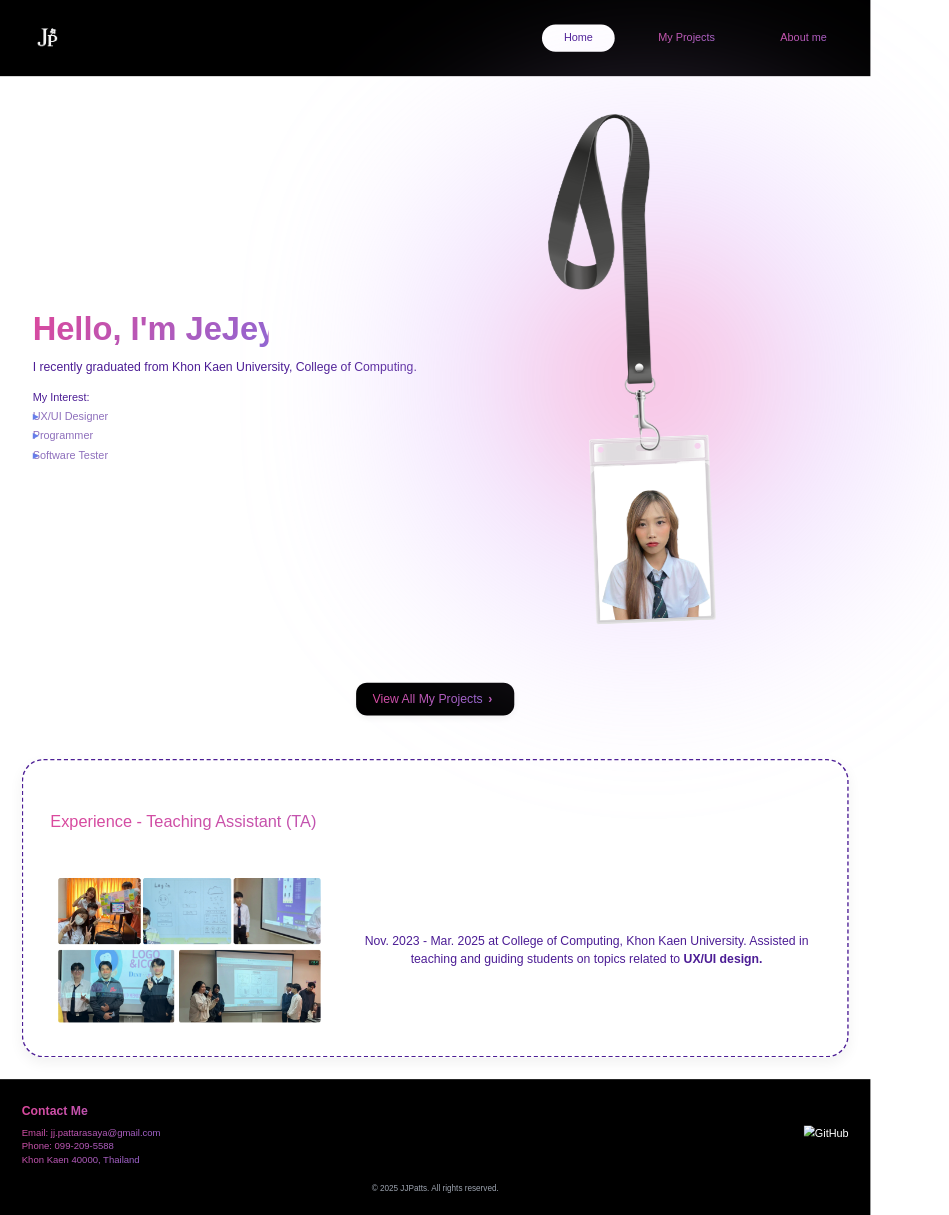
Repository: PattarasayaJJ/Portfolio-jjpatts
Page: /
These files come from the project's save history. The page is drawn as it stood at one moment and after the next save; the edit follows.
The browser window is 1280 px wide. The page is 1396 px wide, so the pictures cover 1396 px, including what lies to the right of the window. The pictures show the whole page, at 68% of full size.
The project was rebuilt for these pictures with package versions that can differ from the ones it lists, and the page was loaded fresh each time. Also part of the build but not shown: vite.config.js, vite.config.ts, src/header.css, src/components/Works.jsx, src/components/Aboutme.jsx.

Above is the page before, as saved 2025-08-03 16:48:56.

### index.html
<!doctype html>
<html lang="en">
  <head>
    <meta charset="UTF-8" />
    <link rel="icon" type="image/svg+xml" href="/JPtab.png" />
    <meta name="viewport" content="width=device-width, initial-scale=1.0" />
    <title>JJPatts Portfolio</title>
  </head>
  <body>
    <div id="root"></div>
    <script type="module" src="/src/index.jsx"></script>
  </body>
</html>

### src/index.css
@import 'tailwindcss/base';
@import 'tailwindcss/components';
@import 'tailwindcss/utilities';
@import url('https://fonts.googleapis.com/css2?family=Kanit:wght@400;700&display=swap');

*{
   font-family: 'Kanit', sans-serif;

}

### src/App.jsx
import React from 'react';
import { BrowserRouter as Router, Routes, Route } from 'react-router-dom';
import { Header } from './components/Header';
import { Hero } from './components/Hero';
import { Works } from './components/Works';
import { Aboutme } from './components/Aboutme' ;
import { Footer } from './components/Footer';
export function App() {
  return (
    <Router>
      <div className="w-full min-h-screen bg-white">
        <Header />
        <main className="w-full">
          <Routes>
            <Route path="/" element={<><Hero /> </>} />
            <Route path="/works" element={<><Works /></>}/>
            <Route path="/aboutme" element={<Aboutme />} />


          </Routes>
        </main>
        <Footer />

      </div>
    </Router>
  );
}

### src/components/Header.jsx
import React, { useState } from 'react';
import { Link, useLocation } from 'react-router-dom';
import { MenuIcon, XIcon } from 'lucide-react';
import '../header.css';

export function Header() {
  const [isMenuOpen, setIsMenuOpen] = useState(false);
  const location = useLocation();

  const isActive = (path) => location.pathname === path;

  return (
    <header className="w-full bg-black py-4 px-8 relative">
      <div className="max-w-7xl mx-auto flex justify-between items-center">
        <Link to="/">
          <div className="flex items-center">
            <img src="/JP.png" alt="logo" className="w-20" />
          </div>
        </Link>

        <nav className="hidden md:flex space-x-8">
          <Link
            to="/"
            className={`font-medium px-8 py-2 rounded-full ${
              isActive('/') ? 'bg-white text-purple-600' : 'gradient-text'
            }`}
            style={isActive('/') ? { color: '#4c1d95' } : {}}
          >
            Home
          </Link>
          <Link
            to="/works"
            className={`font-medium px-8 py-2 rounded-full ${
              isActive('/works') ? 'bg-white text-purple-600' : 'gradient-text'
            }`}
            style={isActive('/works') ? { color: '#4c1d95' } : {}}
          >
            My Projects
          </Link>
          <Link
            to="/aboutme"
            className={`font-medium px-8 py-2 rounded-full ${
              isActive('/aboutme') ? 'bg-white text-purple-600' : 'gradient-text'
            }`}
            style={isActive('/aboutme') ? { color: '#4c1d95' } : {}}
          >
            About me
          </Link>
        </nav>

        <button className="md:hidden text-white" onClick={() => setIsMenuOpen(!isMenuOpen)}>
          {isMenuOpen ? <XIcon size={24} /> : <MenuIcon size={24} />}
        </button>
      </div>

      <div
        className={`
          fixed top-0 right-0 w-64 h-full bg-black z-50 transform transition-transform duration-300 ease-in-out
          ${isMenuOpen ? 'translate-x-0' : 'translate-x-full'}
          md:hidden
        `}
      >
        <div className="p-6">
          <button className="text-white mb-8" onClick={() => setIsMenuOpen(false)}>
            <XIcon size={24} />
          </button>
          <nav className="flex flex-col space-y-6">
            <Link
              to="/"
              className={`font-medium px-6 py-2 rounded-full block text-center ${
                isActive('/') ? 'bg-white text-purple-600' : 'gradient-text'
              }`}
              style={isActive('/') ? { color: '#4c1d95' } : {}}
              onClick={() => setIsMenuOpen(false)}
            >
              Home
            </Link>
            <Link
              to="/works"
              className={`font-medium px-6 py-2 rounded-full block text-center ${
                isActive('/works') ? 'bg-white text-purple-600' : 'gradient-text'
              }`}
              style={isActive('/works') ? { color: '#4c1d95' } : {}}
              onClick={() => setIsMenuOpen(false)}
            >
              My Projects
            </Link>
            <Link
              to="/aboutme"
              className={`font-medium px-6 py-2 rounded-full block text-center ${
                isActive('/aboutme') ? 'bg-white text-purple-600' : 'gradient-text'
              }`}
              style={isActive('/aboutme') ? { color: '#4c1d95' } : {}}
              onClick={() => setIsMenuOpen(false)}
            >
              About me
            </Link>
          </nav>
        </div>
      </div>

      {isMenuOpen && (
        <div
          className="fixed inset-0 bg-black bg-opacity-50 z-40 md:hidden"
          onClick={() => setIsMenuOpen(false)}
        />
      )}
    </header>
  );
}

### src/components/Hero.jsx
import React from 'react';
import '../hero.css';
import { Link } from 'react-router-dom';

export const Hero = () => {
  return (
    <>
      <section className="hero-section">
        <div className="hero-container">
          <div className="hero-left">
            <div className="hero-text-box">
<span className="hero-name typing gradient-text">Hello, I'm JeJey.</span>              <p className="hero-quote">
                I recently graduated from Khon Kaen University, College of Computing.
              </p>
              <li className='interest'>My Interest: </li>              <li >UX/UI Designer</li>    <li >Programmer</li>               <li >Software Tester</li>
            </div>


          </div>

          <div className="hero-left">
            <div className="hero-image-wrapper">
              <img
                src="/card1.png"
                alt="Portfolio character illustration"
                className="hero-main-image"
              />
            </div>

          </div>

        </div>
          <Link
  to="/works"
  className="moreproject"
  onClick={() => window.scrollTo({ top: 0, behavior: 'instant' })}
>
  <span className="gradient-text">View All My Projects</span>
  <span className="arrow-icon gradient-text">›</span>
</Link>
      </section>

      <section className="hero-section">
        <div className="final-project-card-ex">
          <h2 className="final-project-title gradient-text">
            Experience - Teaching Assistant (TA)
          </h2>
          <div className="final-project-content">
            <div className="final">
              <img
                src="/ta.png"
                alt="TA Presentation"
                className="bottom-image"
              />
            </div>
            <p className="bottom-caption">
              Nov. 2023 - Mar. 2025 at College of Computing, Khon Kaen University.
              Assisted in teaching and guiding students on topics related to{' '}
              <span className="uxui">UX/UI design.</span>
            </p>
          </div>
        </div>
      </section>
    </>
  );
};

### src/components/Footer.jsx
import React from 'react';

export function Footer() {
  return (
    <footer className="w-full bg-black text-white py-8 px-8">
  <div className="max-w-7xl mx-auto flex flex-col md:flex-row justify-between items-center space-y-6 md:space-y-0">

        <div className="text-center md:text-left gradient-text ">
          <h2 className="text-lg font-semibold">Contact Me</h2>
          <p className="text-sm mt-2">Email: jj.pattarasaya@gmail.com</p>
          <p className="text-sm">Phone: 099-209-5588</p>
          <p className="text-sm">Khon Kaen 40000, Thailand</p>

        </div>

        <div className="flex space-x-4 ">
        <a href="https://github.com/PattarasayaJJ" target="_blank" rel="noopener noreferrer">
        <img src="https://github.githubassets.com/favicons/favicon.png" alt="GitHub" />

  </a>

        </div>
      </div>

      <div className="text-center text-xs text-gray-400 mt-6 ">
        © {new Date().getFullYear()} JJPatts. All rights reserved.
      </div>
    </footer>
  );
}

### src/hero.css

.hero-section {
  max-width: 80rem;
    margin: 0 auto;
    padding: 2rem;
}

.hero-container {
  max-width: 80rem;
  margin: 0 auto;
  display: flex;
  flex-direction: column;
  gap: 2rem;
  justify-content: space-between;
  align-items: center;
}

.hero-image-wrapper {
  position: relative;
  z-index: 10;
  overflow: visible;
}


@keyframes gradientShift {
  0% {
    background: radial-gradient(
      circle at center,
      rgba(244, 114, 182, 0.5),
      rgba(216, 180, 255, 0.3),
      transparent 70%
    );
  }
  50% {
    background: radial-gradient(
      circle at center,
      rgba(129, 140, 248, 0.5),
      rgba(216, 180, 255, 0.4),
      transparent 70%
    );
  }
  100% {
    background: radial-gradient(
      circle at center,
      rgba(244, 114, 182, 0.5),
      rgba(216, 180, 255, 0.3),
      transparent 70%
    );
  }
}


.hero-image-wrapper::before {
  content: "";
  position: absolute;
  top: 50%;
  left: 50%;
  width: 150%;
  height: 150%;
  transform: translate(-50%, -50%);
  filter: blur(80px);
  z-index: 5;
  pointer-events: none;
  animation: gradientShift 5s ease-in-out infinite;
}



.hero-left {
  position: relative;
  width: 100%;
}

@media (min-width: 768px) {
  .interest{
    list-style: none;
    color: #4c1d95;
    font-size: 1.125rem;



  }

li {
  list-style: none;
  color: #4d1d95;
  line-height: 2rem;
  font-size: 1.125rem;
  padding: 0.5rem 0;
  position: relative;
  padding-left: 1.5rem;
  transition: all 0.3s ease;
}

li:not(.interest)::before {
  content: "▸";
  position: absolute;
  left: 0;
  color: #667eea;
  font-weight: bold;
  transition: all 0.3s ease;
}

li:not(.interest):hover {
  color: #667eea;
  transform: translateX(5px);
}

li:not(.interest):hover::before {
  color: #764ba2;
  transform: scale(1.2);
}
  .hero-container {
    flex-direction: row;
  }
  .hero-left {
    width: 50%;
  }
  .final-project-card-ex {
    border-radius: 2rem;
    padding: 2.5rem;
    box-shadow: 0 8px 20px rgba(0, 0, 0, 0.06);
    border-width:2px;
    border-style:dashed;
    border-color: #4c1d95;
  }
  .hero-right {
    width: 50%;
    text-align: right;
  }
}





.hero-text-box {
  color: #4c1d95;
  max-width: 36rem;
  margin-left: auto;
}



.hero-quote {
  font-size: 1.125rem;
  margin-bottom: 1rem;

}

.hero-name {
  font-weight: 700;
  margin-top: 1rem;


}




@keyframes swingImage {
  0% {
    transform: rotate(0deg);
  }
  25% {
    transform: rotate(-3deg);
  }
  50% {
    transform: rotate(0deg);
  }
  75% {
    transform: rotate(3deg);
  }
  100% {
    transform: rotate(0deg);
  }
}

.hero-main-image {
  width: 100%;
  max-width: 28rem;
  margin: 0 auto;
  position: relative;
  z-index: 20;
  animation: swingImage 5s ease-in-out infinite;
  transform-origin:center;
}


@media (max-width: 767px) {
  .hero-image-wrapper::before {
    width: 100%;
    height: 100%;
    filter: blur(60px);
  }
  .hero-main-image {
    width: 90%;
    max-width: 20rem;
  }

  .hero-text-box {
    max-width: 100%;
    margin-left: 0;
    padding: 0 1rem;
  }
  .hero-quote {
    font-size: 1rem;

  }

  .bottom-caption {
    font-size: 1rem;
    color: #4c1d95;
    align-self: center;
    text-align: center;

  }
  .uxui{
    font-size: 1rem;
    color: #4c1d95;
    text-align: center;
    line-height: 1.5;
    font-weight: bold;

  }
  .final-project-card-ex {
    border-radius: 2rem;
    padding: 2.5rem;
    box-shadow: 0 8px 20px rgba(0, 0, 0, 0.06);
    border-width:2px;
    border-style:dashed;
    border-color: #4c1d95;
  }
  .interest{
    list-style: none;
    color: #4c1d95;

  }
  li{
    font-size: 1rem;
    color: #4d1d95a2;
    line-height: 1.8rem;

  }

}







  @media (min-width: 768px) {
    .experience-title {
      text-align: left;
      font-size: 1.5rem;
    }
  }



  @media (min-width: 768px) {

  }


  @media (min-width: 768px) {
    .bottom-image {
      width:100%;
      max-width: 700px;
      border-radius: 1rem;
    }


    .bottom-caption {
      font-size: 1.125rem;
      color: #4c1d95;
      align-self: center;
      text-align: center;

    }
    .uxui{
      font-size: 1.125rem;
      color: #4c1d95;
      text-align: center;
      line-height: 1.5;
      font-weight: bold;

    }
  }



  .hero-name{
    font-size: 3rem;
  }

  .typing {
    display: inline-block;
    overflow: hidden;
    white-space: nowrap;
    animation: typing 2s steps(13) forwards;
  }

  @keyframes typing {
    from { width: 0 }
    to { width: 13ch }
  }

### src/projects.css
.projects-section {
  max-width: 80rem;
  margin: 0 auto;
  padding: 2rem 1rem;
  background-color: #ffffff;
  width: 100%;
}

.projects-container {
  max-width: 80rem;
  margin: 0 auto;
  display: flex;
  flex-direction: column;
  gap: 2rem;
}

.final-project-card {
  background: linear-gradient(to right, #FFFFFF, #E1D0F9);
  border-radius: 2rem;
  padding: 2rem;
  box-shadow: 0 8px 20px rgba(0, 0, 0, 0.06);
  display: flex;
  flex-direction: column;
  align-items: center;
  gap: 1.5rem;
}

 .minicard{
    background: linear-gradient(to right, #ffffff, #ffffff);
    border-radius: 2rem;
    padding: 2.5rem;
    box-shadow: 0 8px 20px rgba(0, 0, 0, 0.06);
      border: 1px solid #eee7f9; /* สีม่วงเข้ม ชัดๆ */

  }

.final-project-content {
  display: flex;
  flex-direction: row;
  align-items: center;
  justify-content: space-between;
  gap: 2em;
  font-size: 1.125rem;
  color: #4c1d95;
}

.final-project-text {
  width: 100%;
}

.project-title,
.final-project-title {
  font-size: 1.5rem;
  margin-bottom: 1.5rem;
  padding: 2rem 0;
  color: #DD489B;
}

.project-card.mini .project-title {
  color: #9067D3;
}

.project-image,
.final-project-image,
.project-screenshot {
  width: 100%;
  max-width: 800px;
  height: auto;
  border-radius: 1rem;
  object-fit: cover;
  display: flex;
  align-items: center;
  justify-content: center;
  margin-top: 1rem;
}

.moreproject {
  width: fit-content;
  height: 3rem;
  border-radius: 16px;
  display: flex;
  align-items: center;
  justify-content: center;
  font-size: 1.125rem;
  cursor: pointer;
  transition: background-color 0.3s, transform 0.2s;
  text-decoration: none;
  margin: 2rem auto 0;
  box-shadow: 0 4px 10px rgba(0, 0, 0, 0.05);
  animation: pulseMove 2s ease-in-out infinite;
  background-color: black;
  padding: 0 1.5rem;
}

.moreproject:hover {
  background-color: #f2f2f2;
  transform: scale(1.08);
}

.arrow-icon {
  padding: 0.5rem;
  font-weight: bold;
}

@keyframes pulseMove {
  0% {
    transform: scale(1);
  }

  50% {
    transform: scale(1.05);
  }

  100% {
    transform: scale(1);
  }
}

@media (max-width: 767px) {
  .projects-section {
    padding: 2rem 1rem;
  }

  .final-project-card {
    padding: 2rem;
    border-radius: 1.5rem;
  }

  .final-project-content {
    flex-direction: column;
    font-size: 1rem;
  }

  .final-project-text {
    width: 100%;
  }

  .final-project-image {
    width: 100%;
  }

  .project-title {
    font-size: 1.25rem;
  }

  .icon-wrapper {
    width: 2rem;
    height: 2rem;
  }

  .project-screenshot {
    margin-top: 1rem;
  }

  .mini-projects-grid {
    gap: 1.5rem;
  }

  .text-final,
  .appname {
    text-align: center;
    font-size: 1rem;
    color: #4c1d95;
    font-weight: 700;
  }
}

@media (min-width: 768px) {
  .projects-section {
    padding: 2rem;
  }

  .project-title {
    font-size: 2rem;
  }

  .project-image {
    max-width: 1000px;
  }

  .text-final,
  .final-project-content,
  .appname {
    font-size: 1.125rem;
    color: #4c1d95;
  }

  .appname {
    font-weight: 700;
  }
}

@media (min-width: 768px) and (max-width: 1024px) and (orientation: portrait) {
  .final-project-content {
    flex-direction: column;
  }
}

### src/work.css
.projects-section {
  width: 100%;
  max-width: 1200px;
  margin: 0 auto;
  padding: 2rem 1rem;
  background-color: #ffffff;
}

.projects-container {
  display: flex;
  flex-direction: column;
  gap: 3rem;
}

.breadcrumb {
  margin-bottom: 2rem;
  font-size: 0.9rem;
  color: #666;
}

.breadcrumb-link {
  color: #666;
  text-decoration: none;
}

.breadcrumb-link:hover {
  color: #333;
}

.breadcrumb-separator {
  margin: 0 0.5rem;
}

.breadcrumb-current {
  color: #333;
  font-weight: 500;
}

.final-project-text {
  text-align: left;
}

.project-title {
  font-size: 2rem;
  font-weight: 700;
  color: #DD489B;
  margin: 0;
  list-style: none;
}

.project-title li {
  list-style: none;
}

.gradient-text {
  background: linear-gradient(135deg, #DD489B, #9067D3);
  -webkit-background-clip: text;
  -webkit-text-fill-color: transparent;
  background-clip: text;
}

/* Project Card */
.project-card {
  background: #ffffff;
  border-radius: 20px;
  padding: 3rem;
  box-shadow: 0 8px 32px rgba(0, 0, 0, 0.08);
  border: 1px solid #f0f0f0;
  display: flex;
  flex-direction: column;
  gap: 2rem;
}

/* Project Images */
.project-images {
  display: flex;
  justify-content: center;
  gap: 2rem;
  margin-bottom: 1rem;
}

.project-images.single {
  justify-content: center;
}

.project-images.single .project-image {
  max-width: 600px;
}

.project-image {
  max-width: 400px;
  width: 100%;
  height: auto;
  border-radius: 12px;
  box-shadow: 0 8px 24px rgba(0, 0, 0, 0.12);
  transition: transform 0.3s ease, box-shadow 0.3s ease;
}

.project-image:hover {
  transform: translateY(-4px);
  box-shadow: 0 12px 32px rgba(0, 0, 0, 0.16);
}

/* Project Content */
.project-content {
  text-align: center;
  display: flex;
  flex-direction: column;
  gap: 1.5rem;
}

.project-name {
  font-size: 1.25rem;
  line-height: 1.6;
  color: #4c1d95;
  margin: 0;
  font-weight: 400;
}

.highlight {
  font-weight: 700;
  color: #6b46c1;
}

/* Skills List */
.skills-list {
  display: flex;
  flex-wrap: wrap;
  gap: 0.75rem;
  margin-top: 1rem;
}

.skill-tag {
  background: linear-gradient(135deg, #e5d4ff, #f3e8ff);
  color: #6b46c1;
  padding: 0.5rem 1rem;
  border-radius: 20px;
  font-size: 0.875rem;
  font-weight: 500;
  border: 1px solid #e5d4ff;
  transition: all 0.3s ease;
}

.skill-tag:hover {
  background: linear-gradient(135deg, #ddd6fe, #e5d4ff);
  transform: translateY(-2px);
  box-shadow: 0 4px 12px rgba(107, 70, 193, 0.2);
}

/* Responsive Design */
@media (max-width: 1024px) {
  .project-images {
    gap: 1.5rem;
  }

  .project-image {
    max-width: 350px;
  }
}

@media (max-width: 768px) {
  .projects-section {
    padding: 1.5rem 1rem;
  }

  .project-card {
    padding: 2rem 1.5rem;
  }

  .project-images {
    flex-direction: column;
    align-items: center;
    gap: 1.5rem;
  }

  .project-image {
    max-width: 100%;
    width: 100%;
  }

  .project-images.single .project-image {
    max-width: 100%;
  }

  .project-title {
    font-size: 1.5rem;
  }

  .project-name {
    font-size: 1.1rem;
    text-align: left;
  }

  .skills-list {
    justify-content: flex-start;
  }
}

@media (max-width: 480px) {
  .project-card {
    padding: 1.5rem 1rem;
  }

  .project-name {
    font-size: 1rem;
  }

  .skill-tag {
    font-size: 0.75rem;
    padding: 0.4rem 0.8rem;
  }
}

Loaded but not shown: src/index.jsx (common file); tailwind.config.js (common file); src/aboutme.css (300 lines, source omitted)

After the next save:
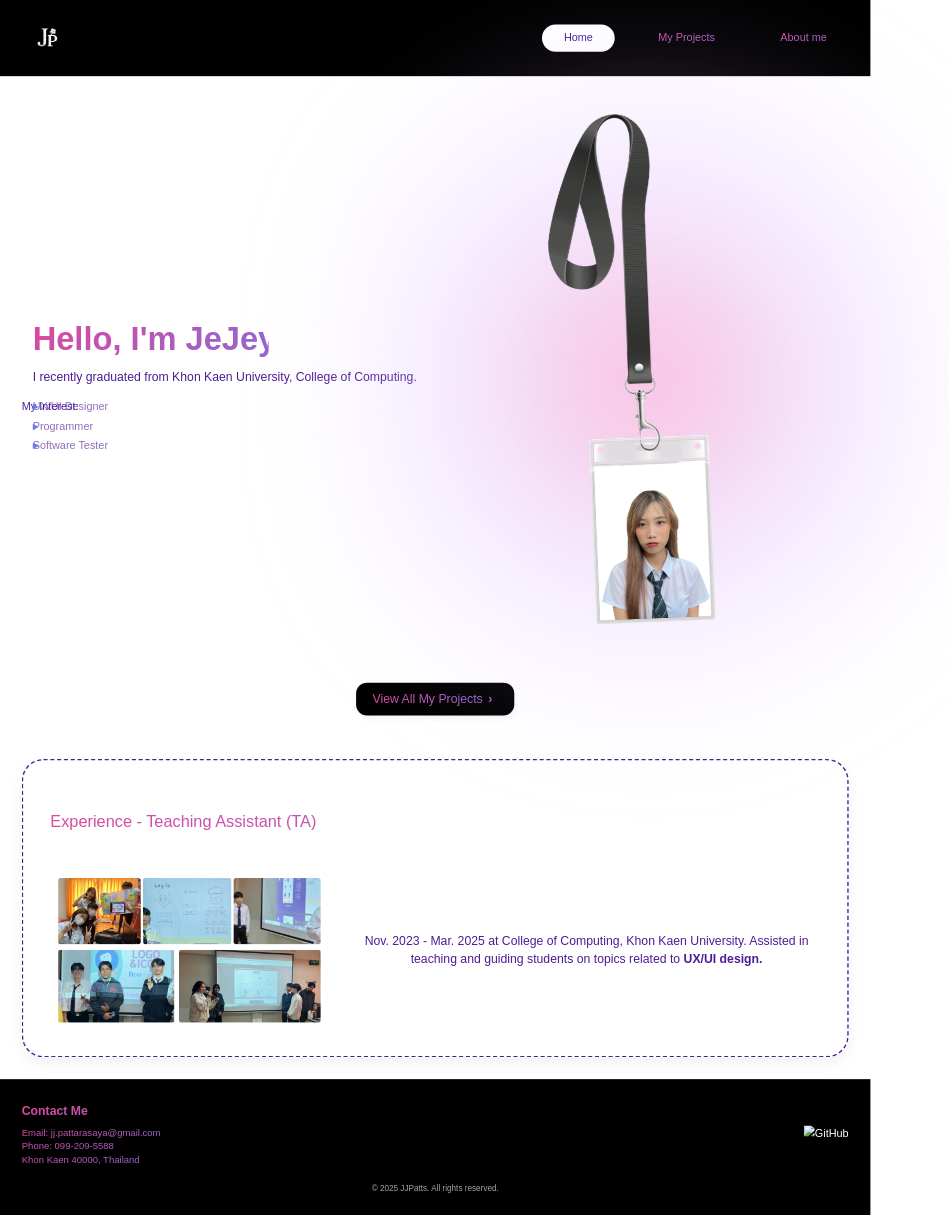
Saved 7 s later.
--- a/src/hero.css
+++ b/src/hero.css
@@ -76,6 +76,8 @@
     list-style: none;
     color: #4c1d95;
     font-size: 1.125rem;
+     position: absolute;
+  left: 0;
 
 
 

After the save that followed:
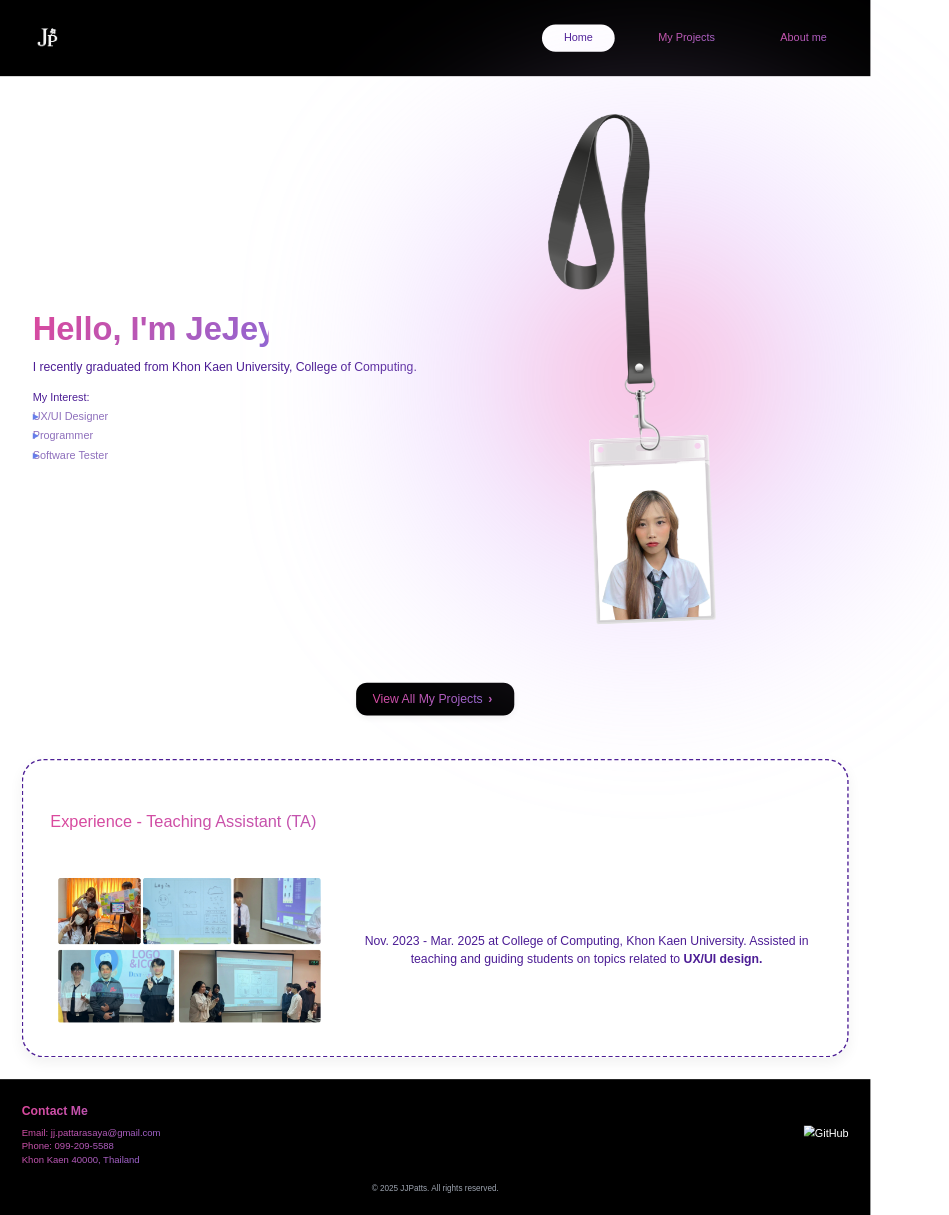
Saved 4 s later.
--- a/src/hero.css
+++ b/src/hero.css
@@ -76,8 +76,7 @@
     list-style: none;
     color: #4c1d95;
     font-size: 1.125rem;
-     position: absolute;
-  left: 0;
+
 
 
 
